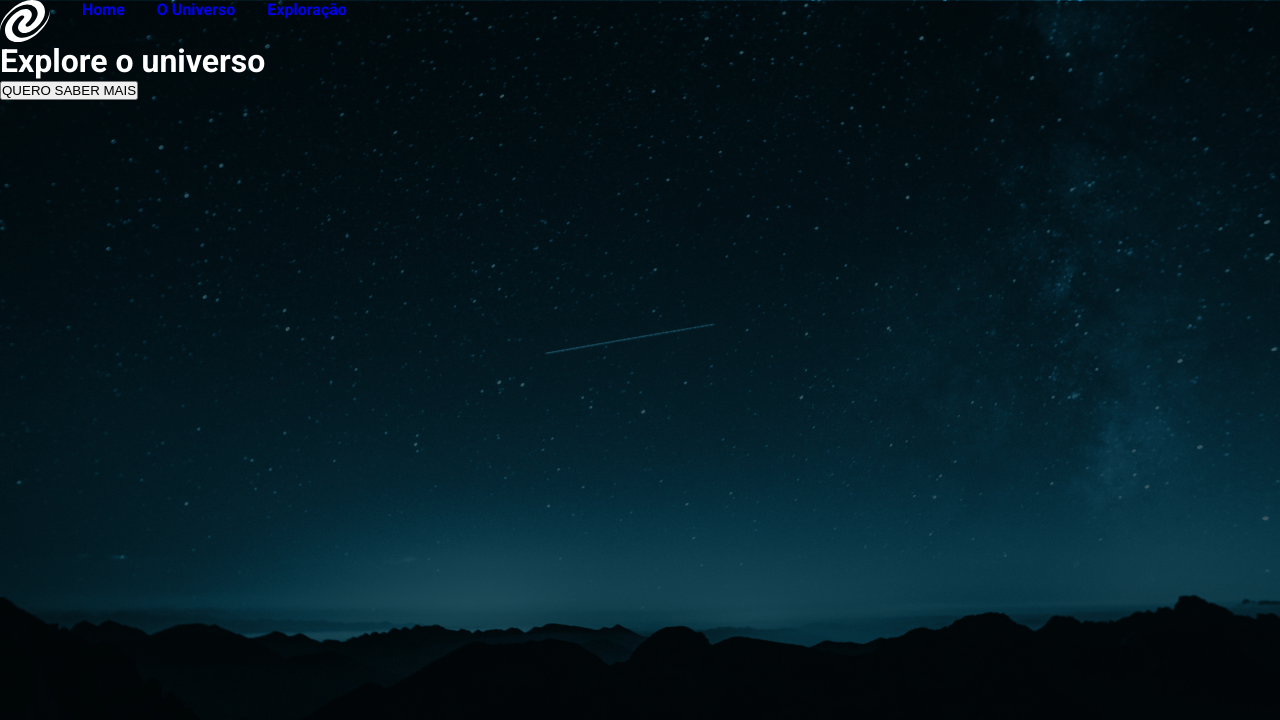
Repository: eltonneiferson/spaUniverse
Page: index.html
These files come from the project's save history. The page is drawn as it stood at one moment and after the next save; the edit follows.
The browser window is 1280 px wide. The pictures show the whole page.

Above is the page before, as saved 2022-10-26 22:05:37.

After the next save:
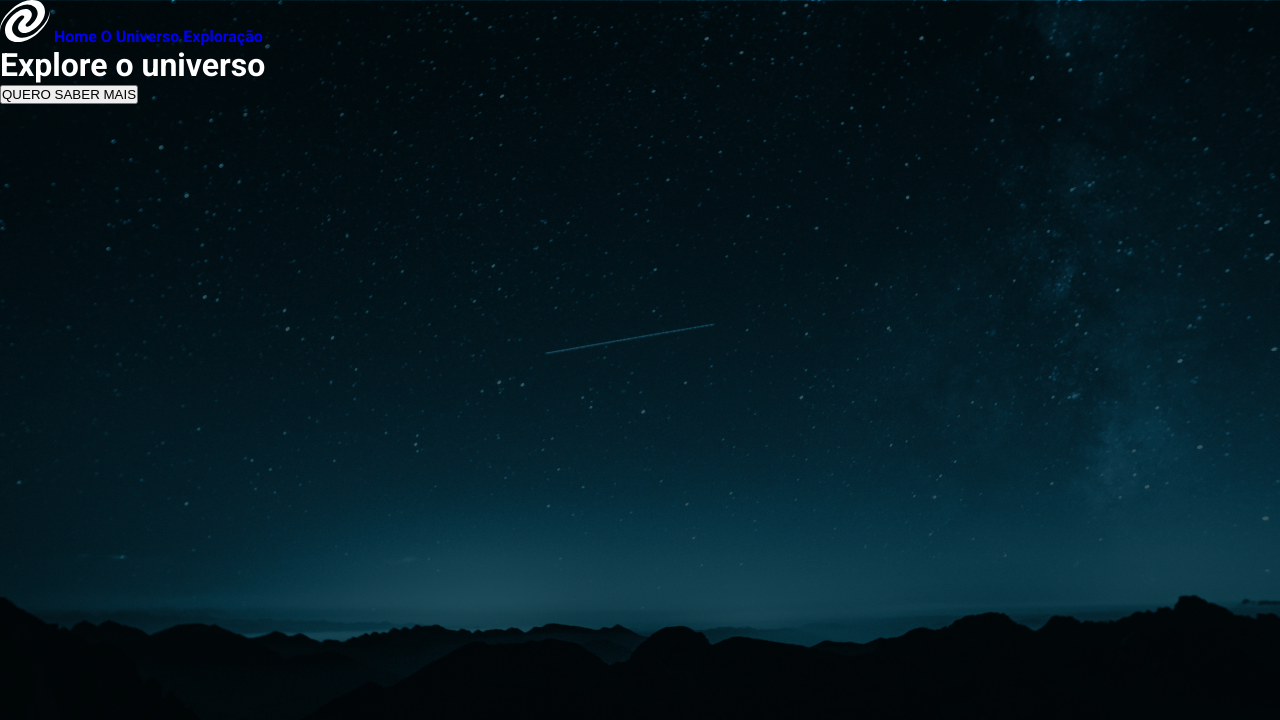
Saved 37 s later.
--- a/stylle.css
+++ b/stylle.css
@@ -20,6 +20,7 @@ body {
 }
 
 nav {
+    ]
     display: flex;
     gap: 2rem;
 }
